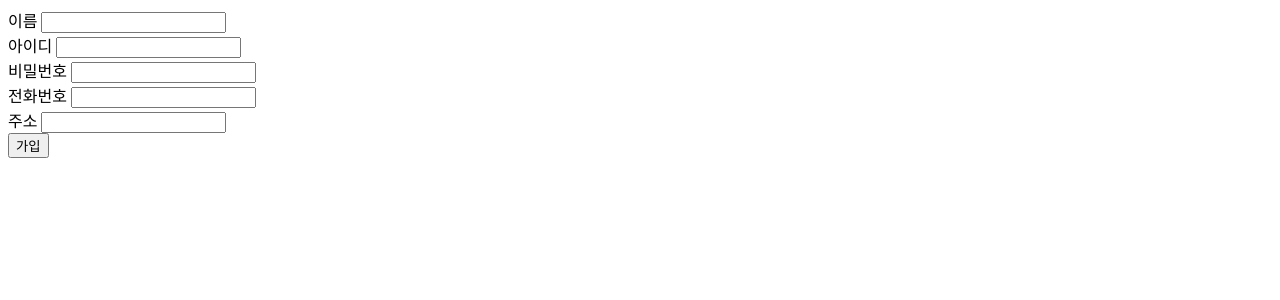
Repository: shinymusket/ideal-memory2
Page: jspWorkSpace/web08/WebContent/joinForm.html
The author's editor kept a copy of each file at every save. The page is drawn from the files as they stood at one save, then again after the next save.
The browser window is 1280 px wide. The pictures show the whole page.

Above is the page before, as saved 2022-06-13 04:04:09.

### jspWorkSpace/web08/WebContent/joinForm.html
<!DOCTYPE html>
<html>
<head>
<meta charset="UTF-8">
<title>회원가입</title>
</head>
<body>
	<form action="join_insert.jsp" method="post">
		<label for="name">이름</label>
		<input type="text" id="name" name="name"><br>
		<label for="userid">아이디</label>
		<input type="text" id="userid" name="userid"><br>
		<label for="userpwd">비밀번호</label>
		<input type="password" id="userpwd" name="userpwd"><br>

		<label for="userPhone">전화번호</label>
		<input type="tel" id="userPhone" name="userPhone"><br>
		<label for="userAddress">주소</label>
		<input type="text" id="userAddress" name="userAddress"><br>
		<input type="submit" value="가입">
	</form>
</body>
</html>

After the next save:
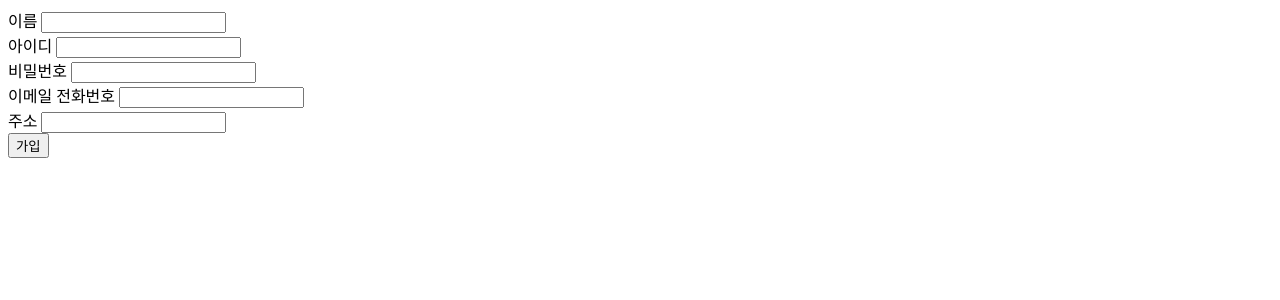
Saved 29 s later.
--- a/jspWorkSpace/web08/WebContent/joinForm.html
+++ b/jspWorkSpace/web08/WebContent/joinForm.html
@@ -12,7 +12,7 @@
 		<input type="text" id="userid" name="userid"><br>
 		<label for="userpwd">비밀번호</label>
 		<input type="password" id="userpwd" name="userpwd"><br>
-
+		<label for="email">이메일</label>
 		<label for="userPhone">전화번호</label>
 		<input type="tel" id="userPhone" name="userPhone"><br>
 		<label for="userAddress">주소</label>
